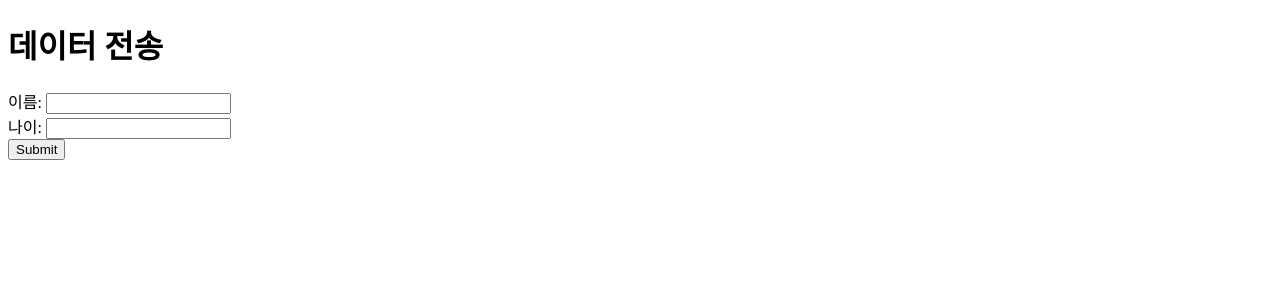
Repository: eeunha/server
Page: ServletTest/src/main/webapp/temp.html
These files come from the project's save history. The page is drawn as it stood at one moment and after the next save; the edit follows.
The browser window is 1280 px wide. The pictures show the whole page.

Above is the page before, as saved 2023-10-17 02:31:00.

After the next save:
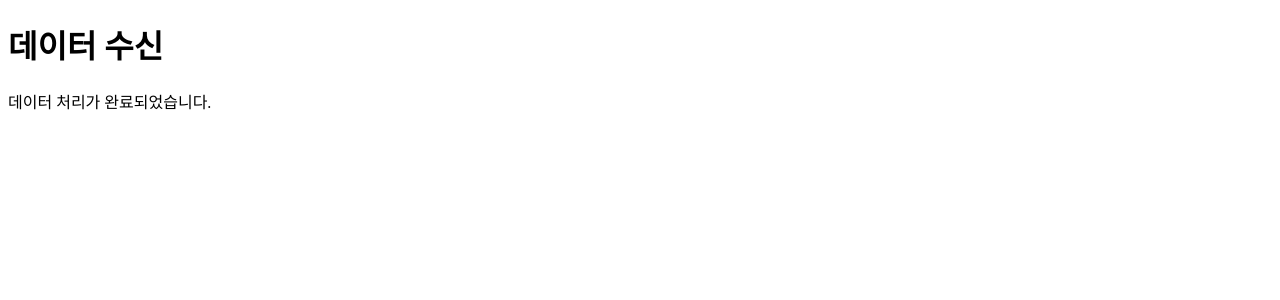
Saved 1 s later.
--- a/ServletTest/src/main/webapp/temp.html
+++ b/ServletTest/src/main/webapp/temp.html
@@ -5,17 +5,9 @@
 <title>Insert title here</title>
 </head>
 <body>
-	<h1>데이터 전송</h1>
+	<h1>데이터 수신</h1>
 
-	<form method="GET" action="데이터를 수신할 프로그램 URL">
-		<div>
-			이름: <input type="text" name="name">
-		</div>
-		<div>
-			나이: <input type="text" name="age">
-		</div>
-		<input type="submit" name="보내기">
-	</form>
+	<p>데이터 처리가 완료되었습니다.</p>
 
 </body>
 </html>
